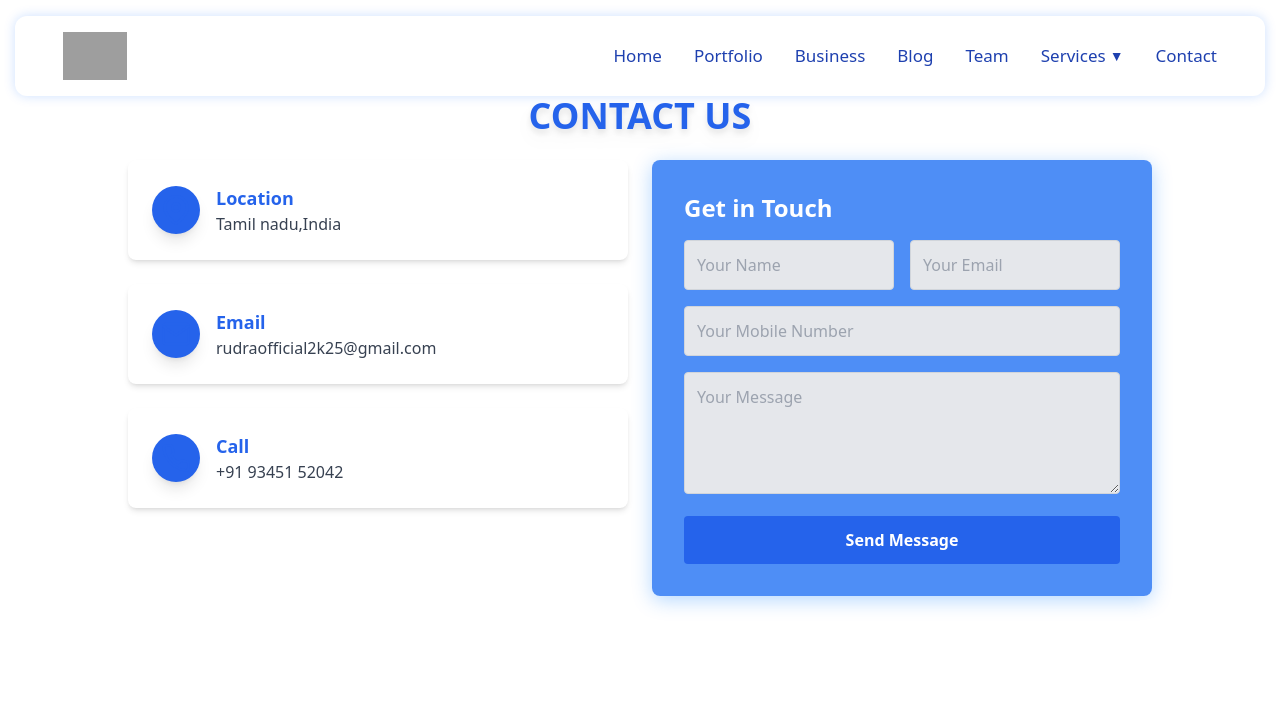
Repository: Rudra-Eswaran/Rudra_Official
Page: /
These files come from the project's save history. The page is drawn as it stood at one moment and after the next save; the edit follows.
The browser window is 1280 px wide. The pictures show the whole page.
Pictures or frames that could not be fetched are drawn as grey boxes. Some web libraries are served in a nearby version. The project was rebuilt for these pictures with package versions that can differ from the ones it lists, and the page was loaded fresh each time. Also part of the build but not shown: vite.config.js.

Above is the page before, as saved 2025-04-15 19:19:37.

After the next save:
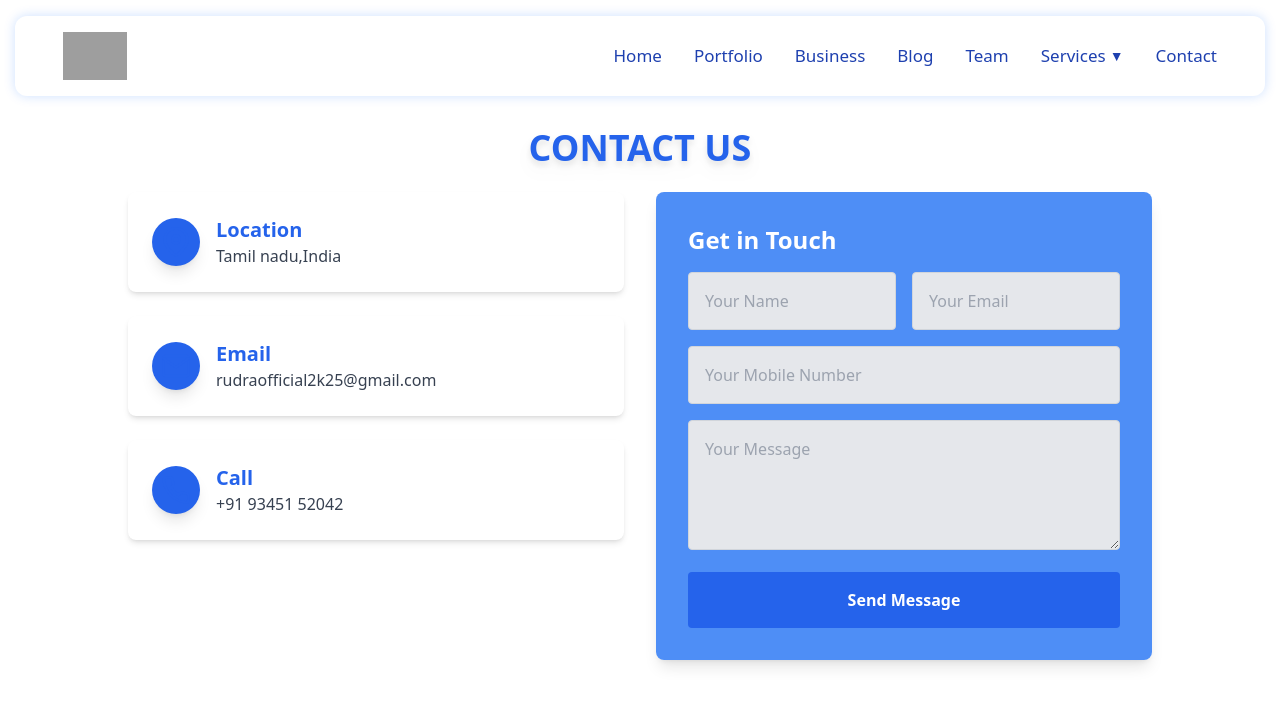
Saved 101 s later.
--- a/src/pages/Contactus.jsx
+++ b/src/pages/Contactus.jsx
@@ -1,7 +1,7 @@
 import React, { useState } from "react";
 import { motion } from "framer-motion";
-import { FiPhone, FiMail, FiMapPin, FiX } from "react-icons/fi";
-import { CONTACT_INFO, MODAL_MESSAGES, FORM_FIELDS, BUTTON_LABELS } from "../Constants";
+import { FiPhone, FiMail, FiMapPin, FiX } from "react-icons/fi";  // Using react-icons for Phone, Email, Location
+import { CONTACT_INFO, MODAL_MESSAGES, FORM_FIELDS, BUTTON_LABELS } from "../Constants"; // Import constants
 
 const Contactus = ({ scrollToFooter }) => {
   const [formData, setFormData] = useState({ name: "", email: "", message: "", phone: "" });
@@ -57,9 +57,15 @@ const Contactus = ({ scrollToFooter }) => {
       initial={{ opacity: 0, y: 30 }}
       animate={{ opacity: 1, y: 0 }}
       transition={{ duration: 0.6, ease: "easeOut" }}
-      className="relative text-black pt-24 pb-12 px-4 md:px-6 min-h-screen bg-white"
+      className="relative text-black pt-32 pb-12 px-4 md:px-6 min-h-screen bg-white scroll-mt-32" // Added pt-32 for more space
+      style={{
+        backgroundColor: "#ffffff", // White background
+        backgroundSize: "cover",
+        backgroundPosition: "center",
+        backgroundRepeat: "no-repeat",
+      }}
     >
-      <div className="container mx-auto max-w-5xl text-center">
+      <div className="relative container mx-auto max-w-5xl text-center">
         <motion.h2
           className="text-3xl md:text-4xl font-bold text-blue-600 mb-6 uppercase drop-shadow-lg"
           initial={{ opacity: 0, y: -20 }}
@@ -71,7 +77,7 @@ const Contactus = ({ scrollToFooter }) => {
         </motion.h2>
       </div>
 
-      <div className="container mx-auto grid grid-cols-1 md:grid-cols-2 gap-6 max-w-5xl">
+      <div className="relative container mx-auto grid grid-cols-1 md:grid-cols-2 gap-6 md:gap-8 max-w-5xl pb-0 mb-0">
         <div className="space-y-6">
           {Object.keys(CONTACT_INFO).map((key) => (
             <InfoBox
@@ -92,8 +98,8 @@ const Contactus = ({ scrollToFooter }) => {
           ))}
         </div>
 
-        <div className="bg-blue-500 bg-opacity-90 p-6 md:p-8 rounded-lg shadow-[0_4px_20px_rgba(0,123,255,0.3)]">
-          <motion.h3 whileHover={{ scale: 1.05 }} className="text-2xl font-semibold mb-4 text-white">
+        <div className="bg-blue-500 bg-opacity-90 p-6 md:p-8 rounded-lg shadow-lg">
+          <motion.h3 whileHover={{ scale: 1.05, color: "#ffffff" }} className="text-xl md:text-2xl font-semibold mb-4 text-white">
             Get in Touch
           </motion.h3>
           <form onSubmit={handleSubmit} className="space-y-4">
@@ -107,9 +113,7 @@ const Contactus = ({ scrollToFooter }) => {
               whileHover={{ scale: !loading ? 1.05 : 1 }}
               type="submit"
               disabled={loading}
-              className={`w-full p-3 rounded text-white font-semibold transition ${
-                loading ? "bg-gray-500 cursor-not-allowed" : "bg-blue-600 hover:bg-blue-700"
-              }`}
+              className={`w-full p-3 md:p-4 rounded text-white font-semibold transition ${loading ? "bg-gray-500 cursor-not-allowed" : "bg-blue-600 hover:bg-blue-700"}`}
             >
               {loading ? BUTTON_LABELS.sending : BUTTON_LABELS.send}
             </motion.button>
@@ -142,14 +146,18 @@ const Contactus = ({ scrollToFooter }) => {
 const InfoBox = ({ icon, title, text, onClick }) => (
   <motion.div
     onClick={onClick}
-    className="cursor-pointer bg-white p-4 md:p-6 rounded-lg flex items-center gap-4 shadow-md hover:shadow-lg transition-transform hover:scale-105"
-    whileHover={{ boxShadow: "0px 0px 10px rgba(0, 123, 255, 0.4)" }}
+    className="cursor-pointer bg-white p-4 md:p-6 rounded-lg flex items-center gap-4 shadow-md transition-transform transform hover:scale-103 hover:shadow-lg"
+    whileHover={{ scale: 1.03, boxShadow: "0px 0px 10px rgba(0, 123, 255, 0.4)" }}
   >
-    <div className="w-12 h-12 flex items-center justify-center rounded-full bg-blue-600 text-white shadow-lg">
+    <motion.div
+      className="w-12 h-12 flex items-center justify-center rounded-full bg-blue-600 text-white shadow-lg"
+      whileHover={{ boxShadow: "0px 0px 15px rgba(0, 123, 255, 1)" }}
+      transition={{ duration: 0.3 }}
+    >
       {icon}
-    </div>
+    </motion.div>
     <div>
-      <h4 className="text-lg font-semibold text-blue-600">{title}</h4>
+      <h4 className="text-lg md:text-xl font-semibold text-blue-600">{title}</h4>
       <p className="text-gray-700">{text}</p>
     </div>
   </motion.div>
@@ -164,7 +172,7 @@ const InputField = ({ type, name, placeholder, value, handleChange }) => (
     required
     value={value}
     onChange={handleChange}
-    className="w-full p-3 rounded bg-gray-200 border border-gray-300 focus:border-blue-500 transition"
+    className="w-full p-3 md:p-4 rounded bg-gray-200 border border-gray-300 focus:border-blue-500 transition"
   />
 );
 
@@ -177,7 +185,7 @@ const TextAreaField = ({ name, placeholder, value, handleChange }) => (
     rows="4"
     value={value}
     onChange={handleChange}
-    className="w-full p-3 rounded bg-gray-200 border border-gray-300 focus:border-blue-500 transition"
+    className="w-full p-3 md:p-4 rounded bg-gray-200 border border-gray-300 focus:border-blue-500 transition"
   />
 );
 
